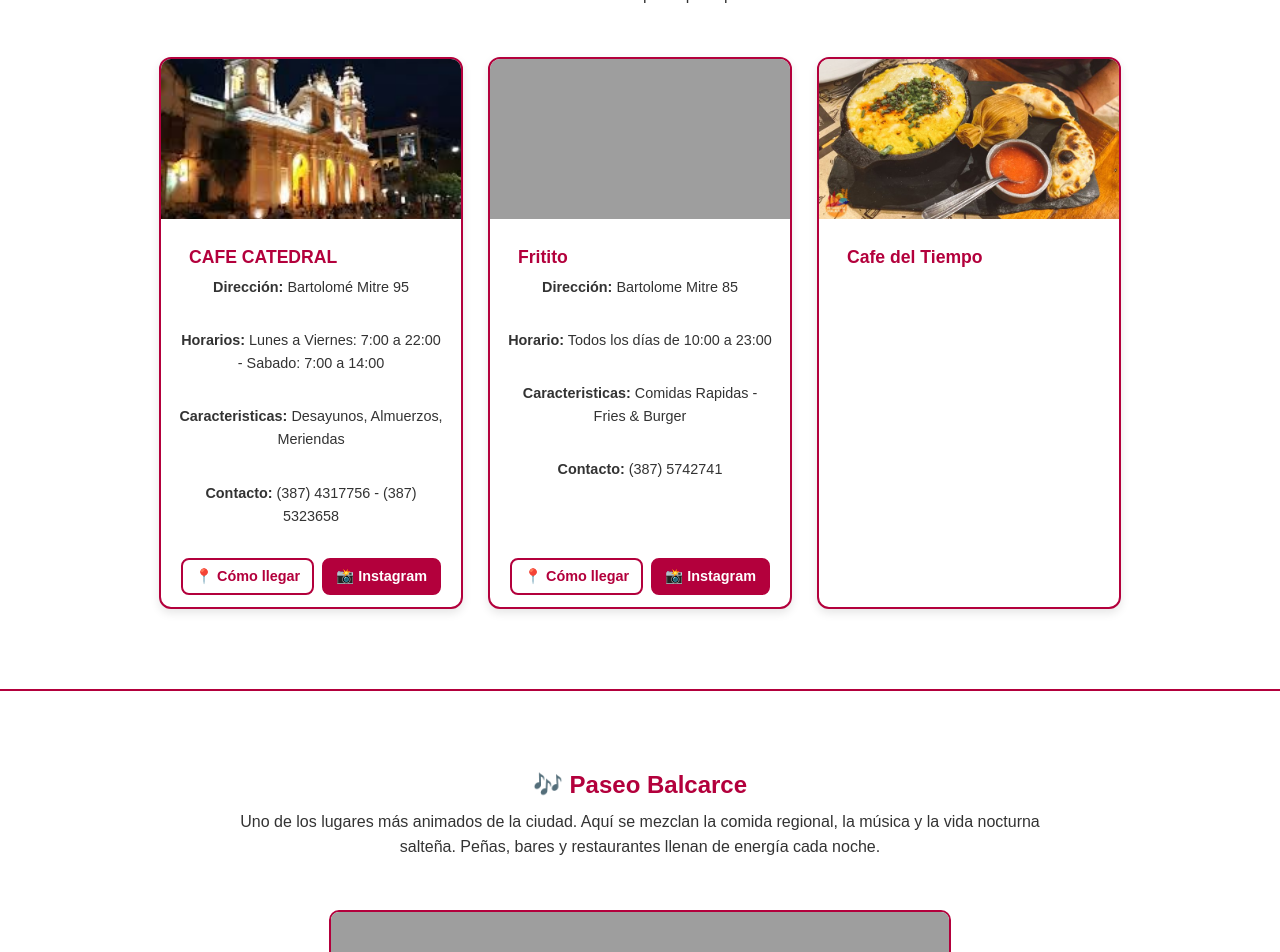
Repository: nahir95/come-en-salta
Page: restaurantes.html
These files come from the project's save history. The page is drawn as it stood at one moment and after the next save; the edit follows.
The browser window is 1280 px wide. The pictures show the part of the page from y = 496 to 1448 px (the page is 4416 px tall before and 4439 px after).
Pictures or frames that could not be fetched are drawn as grey boxes.

Above is the page before, as saved 2025-11-12 01:36:28.

After the next save:
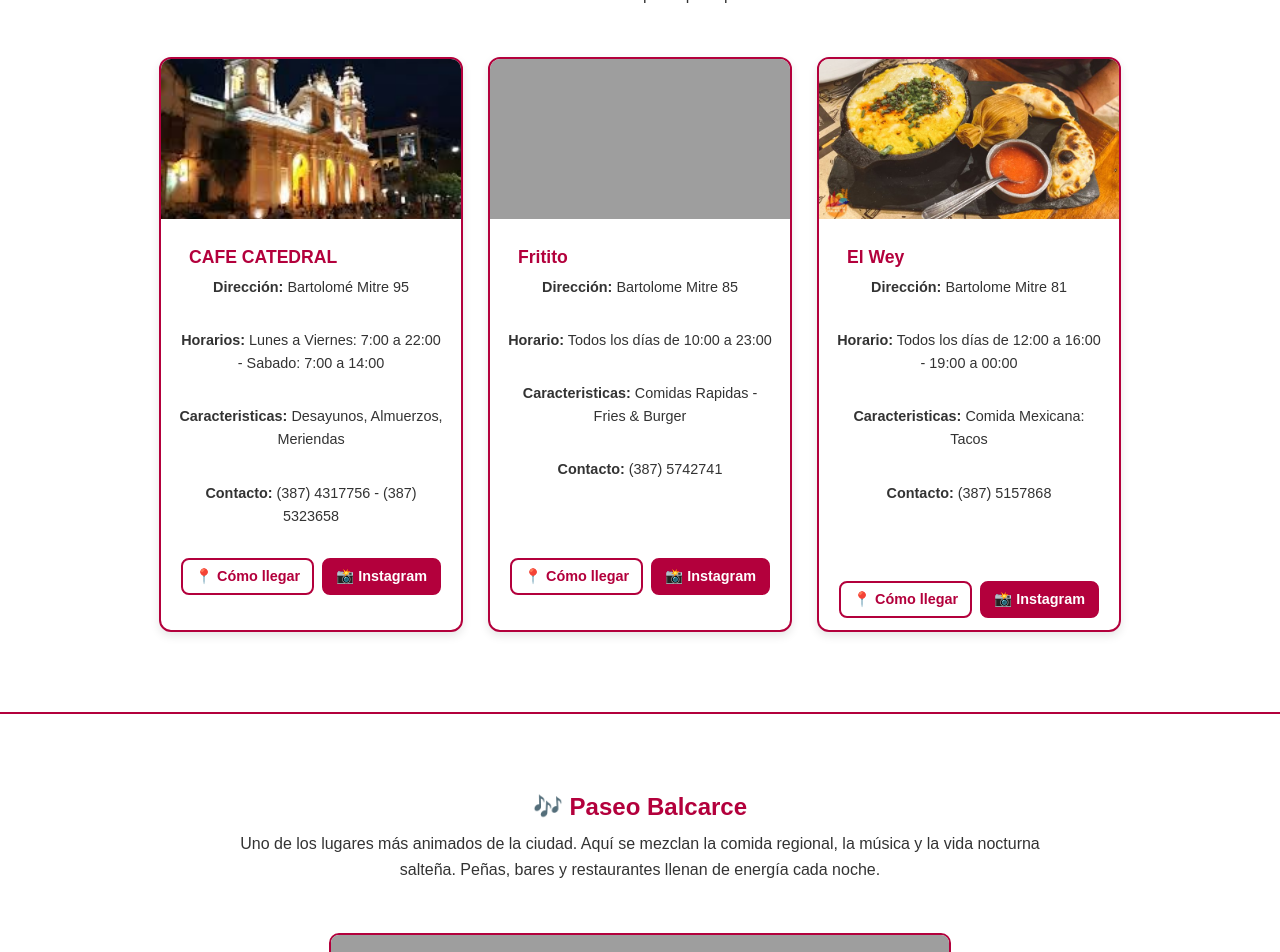
Saved 14 min 4 s later.
--- a/restaurantes.html
+++ b/restaurantes.html
@@ -65,11 +65,18 @@
 
     <!-- Restaurante 3 -->
      <article class="card restaurante">
-      <img src="imagenes/carrusel-1.jpg" alt="Cafe del Tiempo">
+      <img src="imagenes/carrusel-1.jpg" alt="El Wey">
       <div class="card-content">
-        <h3>Cafe del Tiempo</h3>
+        <h3>El Wey</h3>
+        <p><strong>Dirección:</strong> Bartolome Mitre 81</p>
+        <p><strong>Horario:</strong> Todos los días de 12:00 a 16:00 - 19:00 a 00:00</p>
+        <p><strong>Caracteristicas:</strong> Comida Mexicana: Tacos</p>
+        <p><strong>Contacto:</strong> (387) 5157868</p> <br> <br>
+        <div class="btns-resto">
+          <a href="https://maps.app.goo.gl/HWUzTfTShyvQshCx5?g_st=aw" target="_blank" class="btn">📍 Cómo llegar</a>
+          <a href="https://www.instagram.com/el_wey_tacos?igsh=Mzk2ZTZzdmM3N3g5" target="_blank" class="btn btn-secundario">📸 Instagram</a>
+        </div>
       </div>
-
      </article>
 
   </div>
